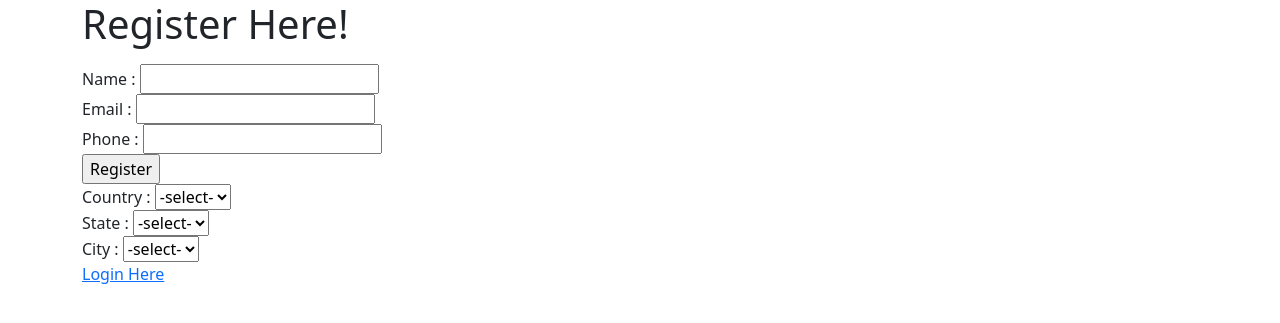
Repository: Nikita-git-123/Mini-Major_P
Page: http://localhost/register
An editor plug-in stored every save of this project. The page is shown before and after the next save, followed by the edit.
The browser window is 1280 px wide. The pictures show the whole page.
The page is this project's Thymeleaf template; nobody is signed in. The template is opened directly, without the code that normally fills it, so the values that code supplies are empty.

Above is the page before, as saved 2025-08-13 10:24:15.

### 02-UserApp/src/main/resources/templates/register.html
<!doctype html>
<html lang="en">

<head>
	<meta charset="utf-8">
	<meta name="viewport" content="width=device-width, initial-scale=1">
	<title> Project </title>
	<link href="https://cdn.jsdelivr.net/npm/bootstrap@5.3.7/dist/css/bootstrap.min.css" rel="stylesheet"
		integrity="sha384-LN+7fdVzj6u52u30Kp6M/trliBMCMKTyK833zpbD+pXdCLuTusPj697FH4R/5mcr" crossorigin="anonymous">
</head>

<body>
	<div class="container">
		<h1> Register Here! </h1>
		<form th:action="@{/register}" th:object="${user}" method="post">

			<p th:text="${emsg}" style="color: red;"> </p>
			<p th:text="${smsg}" style="color: green;"> </p>

			Name : <input type="text" th:field="*{name}" required /> <br>
			Email : <input type="email" th:field="*{email}" required /> <br>
			Phone : <input type="number" th:field="*{phno}" required /> <br>
			<input type="submit" value="Register" /> <br>
			Country : <select>
				<option value=""> -select- </option>
			</select> <br>
			State : <select>
				<option value=""> -select- </option>
			</select> <br>
			City : <select>
				<option value=""> -select- </option>
			</select> <br>
			<a href="/login"> Login Here </a>
		</form>
	</div>
	<script src="https://cdn.jsdelivr.net/npm/bootstrap@5.3.7/dist/js/bootstrap.bundle.min.js"
		integrity="sha384-ndDqU0Gzau9qJ1lfW4pNLlhNTkCfHzAVBReH9diLvGRem5+R9g2FzA8ZGN954O5Q"
		crossorigin="anonymous"></script>
</body>

</html>

After the next save:
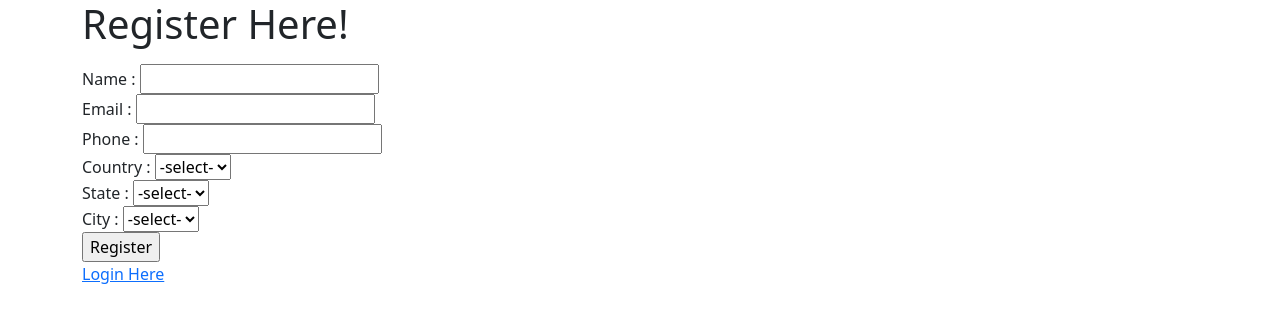
Saved 24 s later.
--- a/02-UserApp/src/main/resources/templates/register.html
+++ b/02-UserApp/src/main/resources/templates/register.html
@@ -20,7 +20,6 @@
 			Name : <input type="text" th:field="*{name}" required /> <br>
 			Email : <input type="email" th:field="*{email}" required /> <br>
 			Phone : <input type="number" th:field="*{phno}" required /> <br>
-			<input type="submit" value="Register" /> <br>
 			Country : <select>
 				<option value=""> -select- </option>
 			</select> <br>
@@ -30,6 +29,7 @@
 			City : <select>
 				<option value=""> -select- </option>
 			</select> <br>
+			<input type="submit" value="Register" /> <br>
 			<a href="/login"> Login Here </a>
 		</form>
 	</div>
